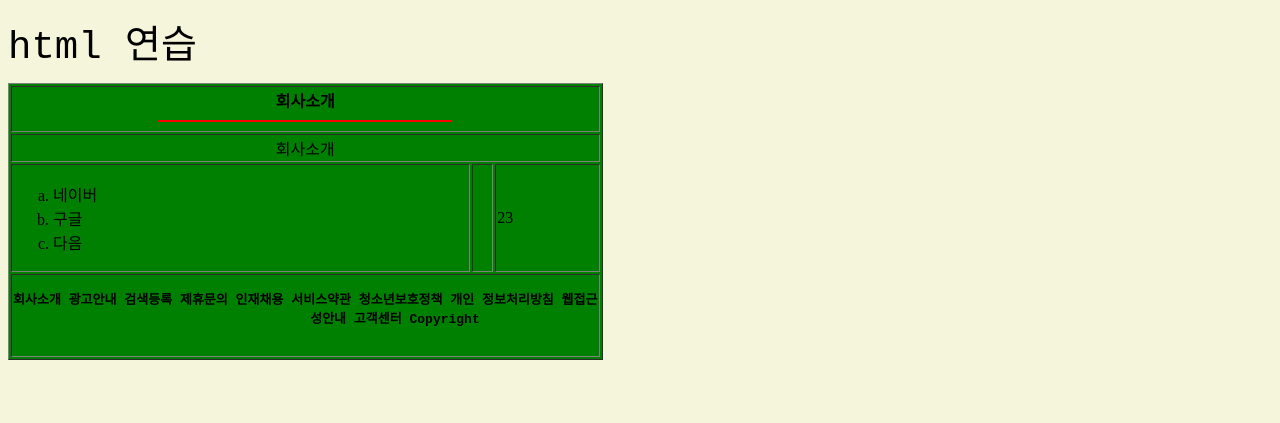
Repository: cleangggg/front
Page: html/ex08.html
An editor plug-in stored every save of this project. The page is shown before and after the next save, followed by the edit.
The browser window is 1280 px wide. The pictures show the whole page.

Above is the page before, as saved 2023-05-23 01:17:14.

### html/ex08.html
<!DOCTYPE html>
<html>
<head>
<meta charset="UTF-8">
<title>Insert title here</title>
</head>
<body bgcolor="beige">
	<pre>
<font size="7">html 연습</font>
</pre>
	<table border="1" height="200" width="500" bgcolor="green">

		<th colspan="4">회사소개
			<hr width="50%" align="center" color="red">
		</th>
		<tr>
			<td colspan="3" align="center">
				회사소개
			</td>

		</tr>
		<tr>
			<td><ol type="a">
					<li>네이버</li>
					<li>구글</li>
					<li>다음</li>
				</ol></td><td><pre</td><td>23</td>
		</tr>

		<tr>
			<th colspan="3"><pre>회사소개 광고안내 검색등록 제휴문의 인재채용 서비스약관 청소년보호정책 개인 정보처리방침 웹접근
			성안내 고객센터 Copyright
			</pre></th>
		</tr>

	</table>


</body>
</html>

After the next save:
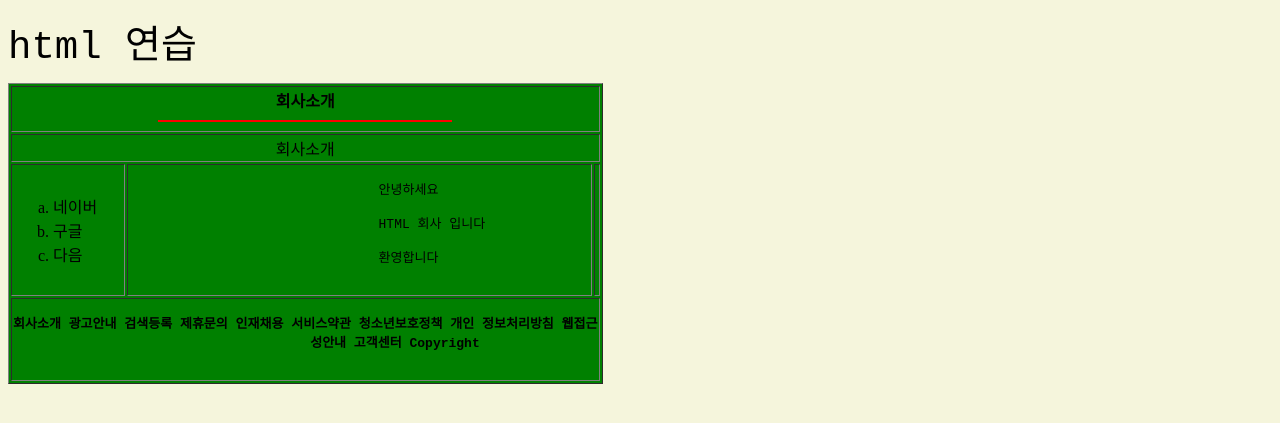
Saved 42 s later.
--- a/html/ex08.html
+++ b/html/ex08.html
@@ -24,7 +24,14 @@
 					<li>네이버</li>
 					<li>구글</li>
 					<li>다음</li>
-				</ol></td><td><pre</td><td>23</td>
+				</ol></td><td><pre>
+				안녕하세요
+
+				HTML 회사 입니다
+
+				환영합니다
+				</pre></td>
+			<td><a href="img.jpg"</td>
 		</tr>
 
 		<tr>
